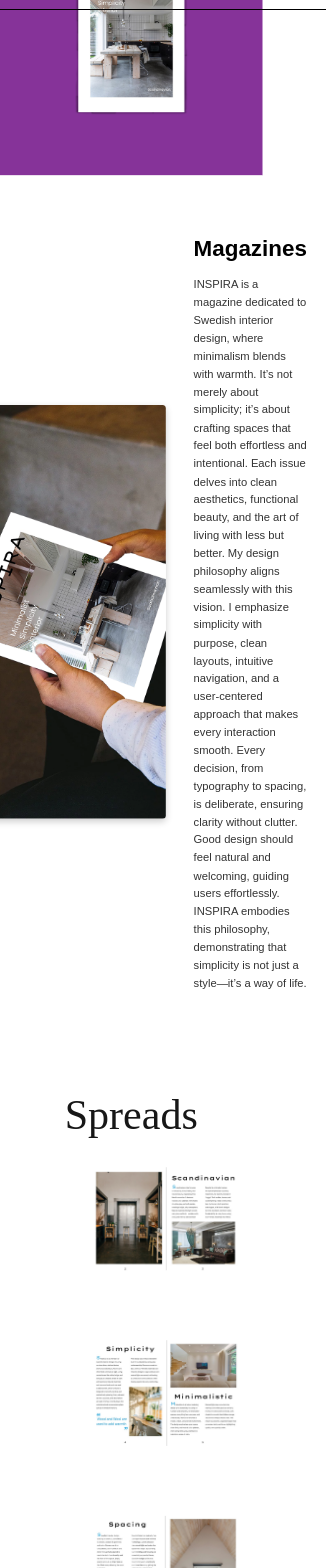
Repository: GavinPahal/portfolios
Page: /magazine
These files come from the project's save history. The page is drawn as it stood at one moment and after the next save; the edit follows.
The browser window is 375 px wide. The page is 467 px wide, so the pictures cover 467 px, including what lies to the right of the window. The pictures show the part of the page from y = 352 to 2592 px (the page is 2808 px tall before and 2961 px after), at 70% of full size.
The project was rebuilt for these pictures with package versions that can differ from the ones it lists, and the page was loaded fresh each time. The framework's server and built-in components were replaced by stand-ins that run in the browser. Also part of the build but not shown: next.config.mjs, components/BackToTop/BackToTop.module.css.

Above is the page before, as saved 2025-02-21 19:02:30.

After the next save:
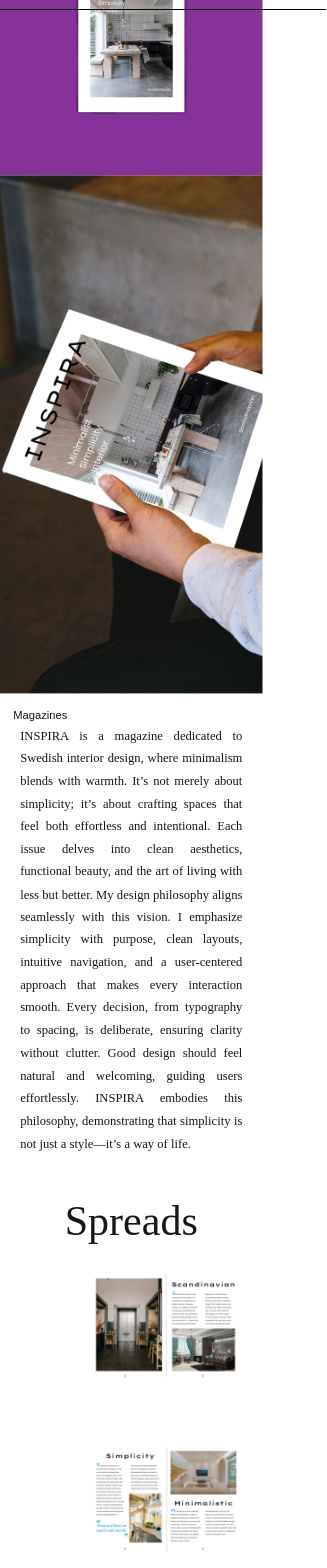
Saved 50 s later.
--- a/components/MagazineDescription/MagazineDescription.module.css
+++ b/components/MagazineDescription/MagazineDescription.module.css
@@ -1,46 +1,63 @@
-.magazine {
-    padding: 80px 5%;
-    background-color: #fff;
-  }
+.mockups {
+  display: flex;
+  align-items: center;
+  padding: 50px 20px;
+}
 
-  .title {
-    font-size: 3rem;
-    font-weight: bold;
-    color: #4a2c6d;
-    text-align: center;
-    margin-bottom: 40px;
-  }
 
-  .magazineContainer {
-    display: flex;
-    align-items: center;
-    justify-content: center;
-    gap: 40px;
-    max-width: 1200px;
-    margin: 0 auto;
-  }
 
-  .coverImage {
-    width: 300px;
-    height: auto;
-    border-radius: 5px;
-    box-shadow: 0px 4px 10px rgba(0, 0, 0, 0.2);
-  }
+.imageContainer img {
+  margin-right: 280px;
+  width:  400px;
+}
 
-  .textContainer {
-    max-width: 600px;
-  }
+.textContainer {
+  margin-bottom: 150px;
+  margin-right:  329px;
+  max-width: 500px;
+}
 
-  .subheading {
-    font-size: 2rem;
-    font-weight: bold;
-    color: #000;
-    margin-bottom: 15px;
-  }
+.textContainer h2 {
+  font-family: "Philosopher, bold";
+  font-size: 70px;
+  margin-bottom: 15px;
+}
 
-  .description {
-    font-size: 1rem;
-    line-height: 1.6;
-    color: #333;
-    text-align: left;
-  }
+.textContainer p {
+  font-family: "Philosopher";
+  font-size: 25px;
+  line-height: 1.6
+}
+
+
+/* Responsive styles for iPhone 12 Pro (390px x 844px) */
+@media (max-width: 400px) {
+.mockups {
+  flex-direction: column; /* Stack image and text */
+  text-align: center; /* Center the text */
+  padding: 20px; /* Reduce padding for smaller screens */
+}
+
+.imageContainer img {
+  margin-right: 0; /* Remove large margin */
+  width: 100%; /* Make the image fit the screen */
+  max-width: 340px; /* Prevent it from being too large */
+}
+
+.textContainer {
+  margin: 0 auto; /* Center the text box */
+  max-width: 90%; /* Adjust width for smaller screens */
+  margin-top: 20px; /* Add space between image and text */
+}
+
+.textContainer h2 {
+  font-size: 38px; /* Reduce title size for better fit */
+}
+
+.textContainer p {
+  font-size: 18px; /* Adjust paragraph size */
+  text-align: justify; /* Improve readability */
+  line-height: 1.8; /* Increase line height for better spacing */
+  padding: 0 10px; /* Add slight padding for breathing room */
+}
+}

After the save that followed:
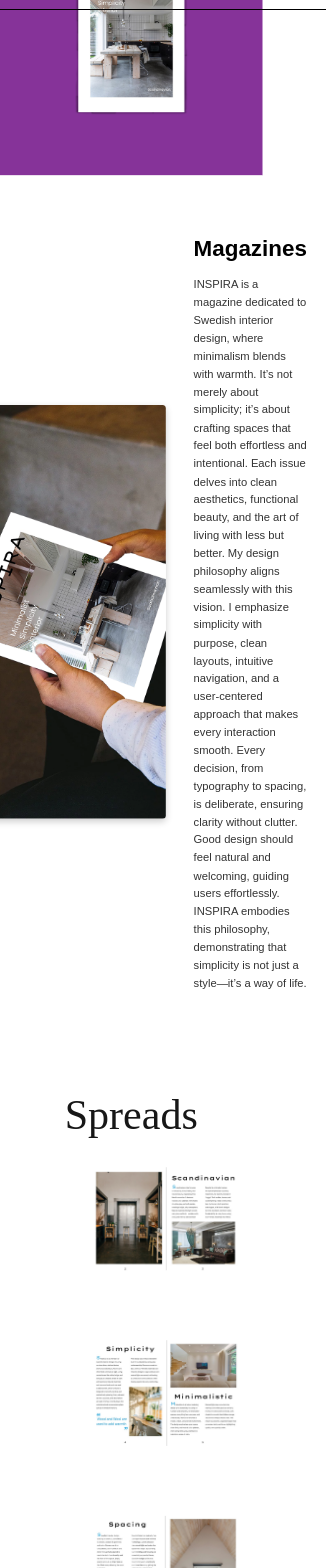
Saved 13 s later.
--- a/components/MagazineDescription/MagazineDescription.module.css
+++ b/components/MagazineDescription/MagazineDescription.module.css
@@ -1,63 +1,46 @@
-.mockups {
-  display: flex;
-  align-items: center;
-  padding: 50px 20px;
-}
+.magazine {
+    padding: 80px 5%;
+    background-color: #fff;
+  }
 
+  .title {
+    font-size: 3rem;
+    font-weight: bold;
+    color: #4a2c6d;
+    text-align: center;
+    margin-bottom: 40px;
+  }
 
+  .magazineContainer {
+    display: flex;
+    align-items: center;
+    justify-content: center;
+    gap: 40px;
+    max-width: 1200px;
+    margin: 0 auto;
+  }
 
-.imageContainer img {
-  margin-right: 280px;
-  width:  400px;
-}
+  .coverImage {
+    width: 300px;
+    height: auto;
+    border-radius: 5px;
+    box-shadow: 0px 4px 10px rgba(0, 0, 0, 0.2);
+  }
 
-.textContainer {
-  margin-bottom: 150px;
-  margin-right:  329px;
-  max-width: 500px;
-}
+  .textContainer {
+    max-width: 600px;
+  }
 
-.textContainer h2 {
-  font-family: "Philosopher, bold";
-  font-size: 70px;
-  margin-bottom: 15px;
-}
+  .subheading {
+    font-size: 2rem;
+    font-weight: bold;
+    color: #000;
+    margin-bottom: 15px;
+  }
 
-.textContainer p {
-  font-family: "Philosopher";
-  font-size: 25px;
-  line-height: 1.6
-}
-
-
-/* Responsive styles for iPhone 12 Pro (390px x 844px) */
-@media (max-width: 400px) {
-.mockups {
-  flex-direction: column; /* Stack image and text */
-  text-align: center; /* Center the text */
-  padding: 20px; /* Reduce padding for smaller screens */
-}
-
-.imageContainer img {
-  margin-right: 0; /* Remove large margin */
-  width: 100%; /* Make the image fit the screen */
-  max-width: 340px; /* Prevent it from being too large */
-}
-
-.textContainer {
-  margin: 0 auto; /* Center the text box */
-  max-width: 90%; /* Adjust width for smaller screens */
-  margin-top: 20px; /* Add space between image and text */
-}
-
-.textContainer h2 {
-  font-size: 38px; /* Reduce title size for better fit */
-}
-
-.textContainer p {
-  font-size: 18px; /* Adjust paragraph size */
-  text-align: justify; /* Improve readability */
-  line-height: 1.8; /* Increase line height for better spacing */
-  padding: 0 10px; /* Add slight padding for breathing room */
-}
-}
+  .description {
+    font-size: 1rem;
+    line-height: 1.6;
+    color: #333;
+    text-align: left;
+  }
